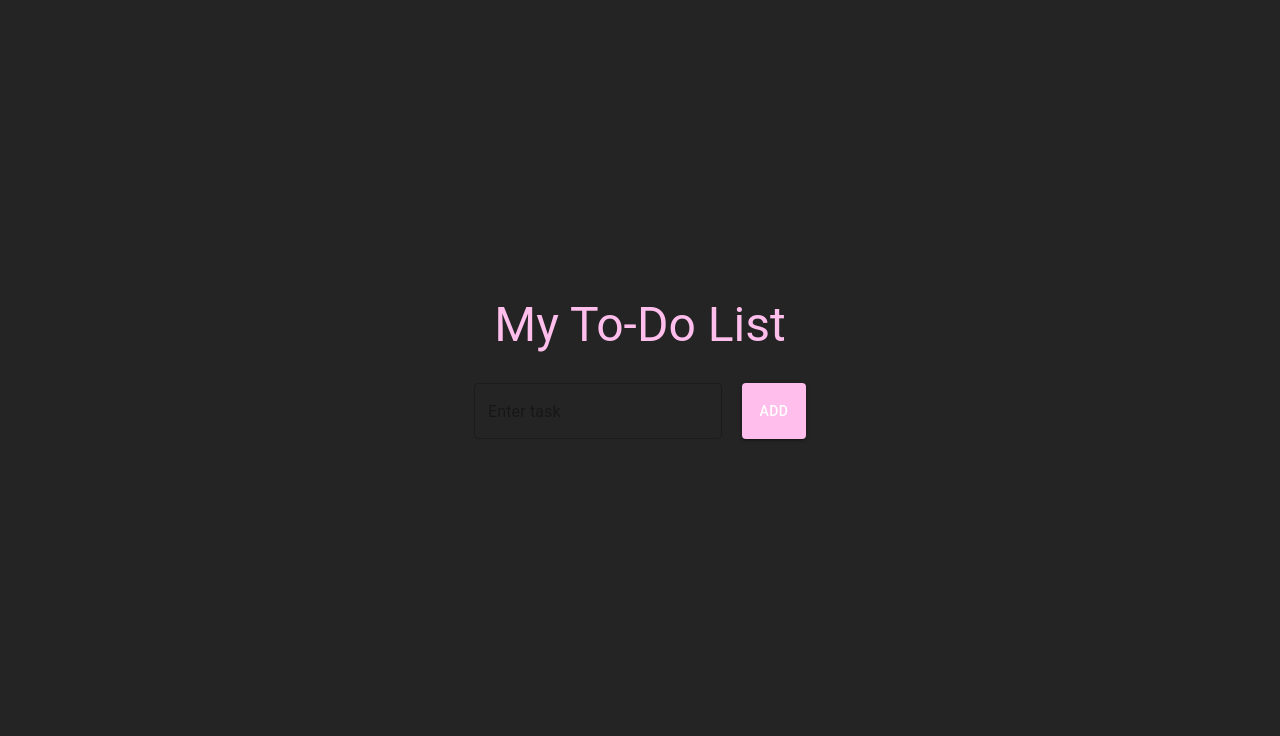
Repository: savannaaaas/ToDo_List
Page: /
An editor plug-in stored every save of this project. The page is shown before and after the next save, followed by the edit.
The browser window is 1280 px wide. The pictures show the whole page.
The project was rebuilt for these pictures with package versions that can differ from the ones it lists, and the page was loaded fresh each time. Also part of the build but not shown: vite.config.js, src/components/Task.jsx.

Above is the page before, as saved 2025-08-09 00:11:49.

After the next save:
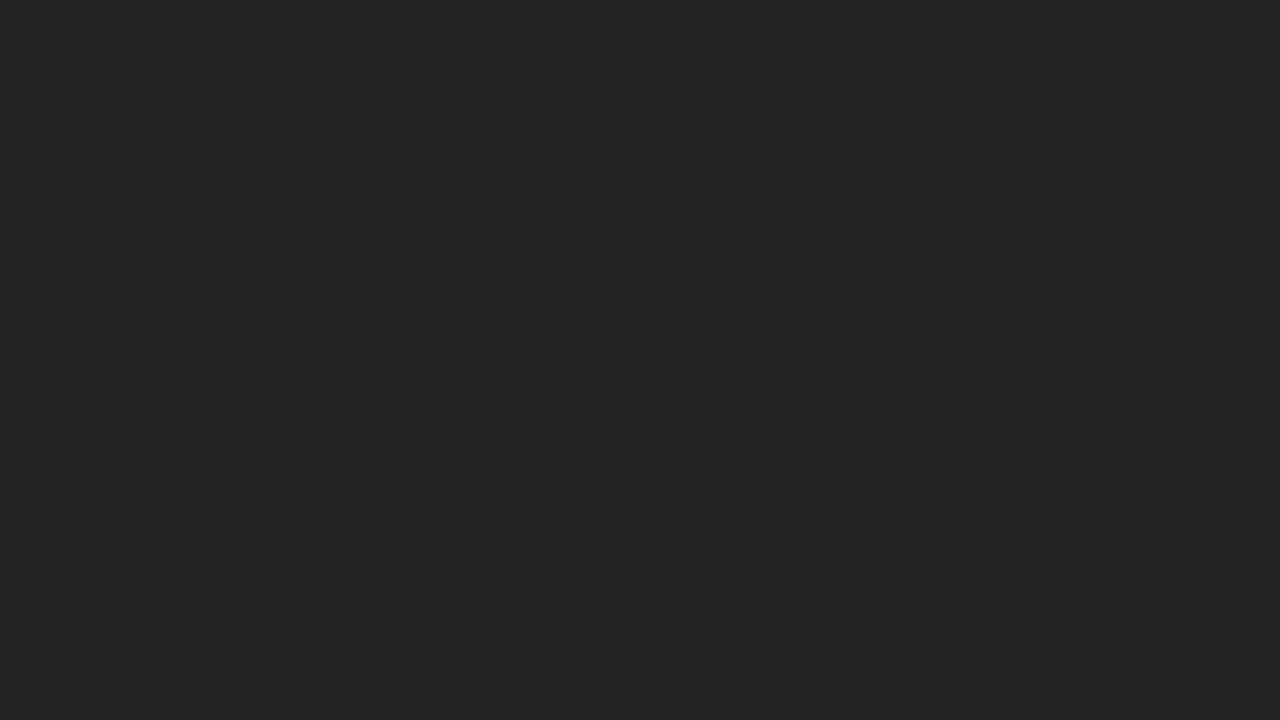
Console error: TypeError: Cannot read properties of undefined (reading 'title')
Saved 13 min 42 s later.
--- a/src/App.jsx
+++ b/src/App.jsx
@@ -1,12 +1,14 @@
 import { Header } from "./components/Header";
 import { AddTask } from "./components/AddTask";
 import "./index.css";
+import { ShowTasks } from "./components/ShowTasks";
 
 function App() {
   return (
     <div className="toDo-list">
       <Header />
       <AddTask />
+      <ShowTasks />
     </div>
   );
 }

After the save that followed:
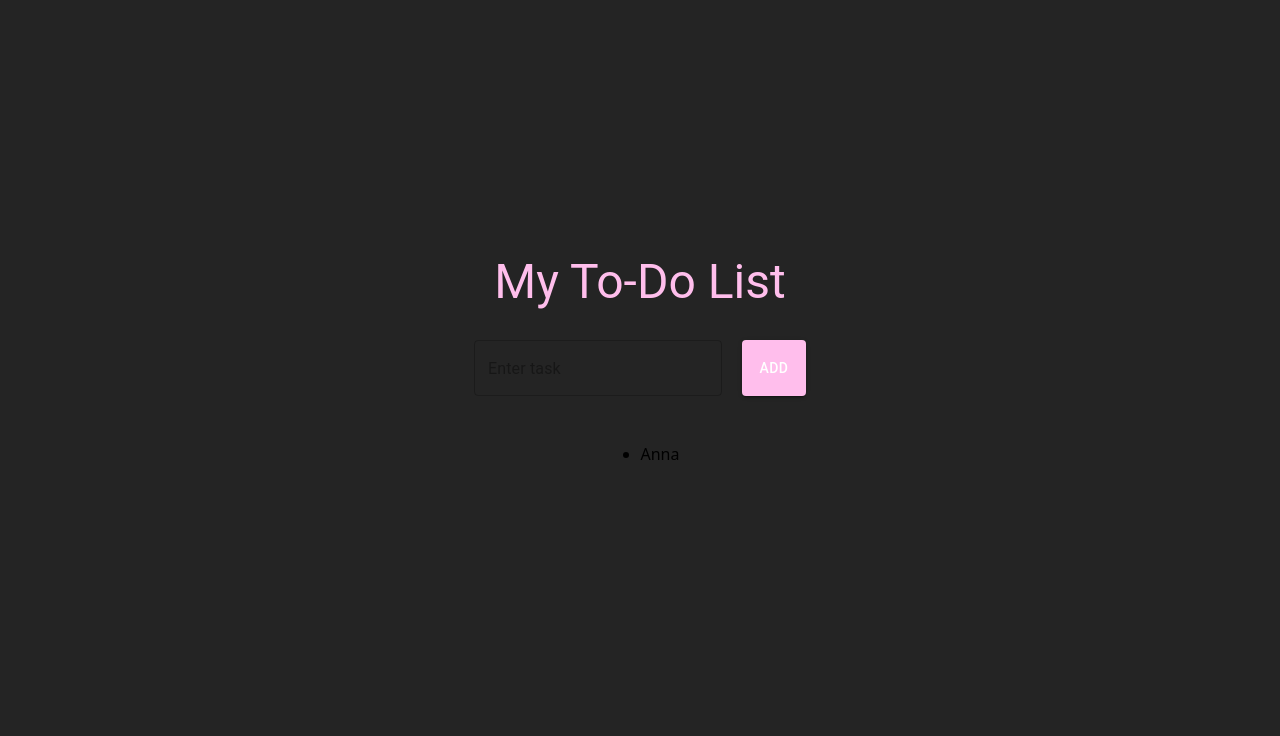
The error is gone.
Saved 92 s later.
--- a/src/components/ShowTasks.jsx
+++ b/src/components/ShowTasks.jsx
@@ -8,7 +8,7 @@ export const ShowTasks = () => {
       {tasks.map((task) => {
         return (
           <ul key={task.id}>
-            <Task task={task} />
+            <li>{task.title}</li>
           </ul>
         );
       })}
